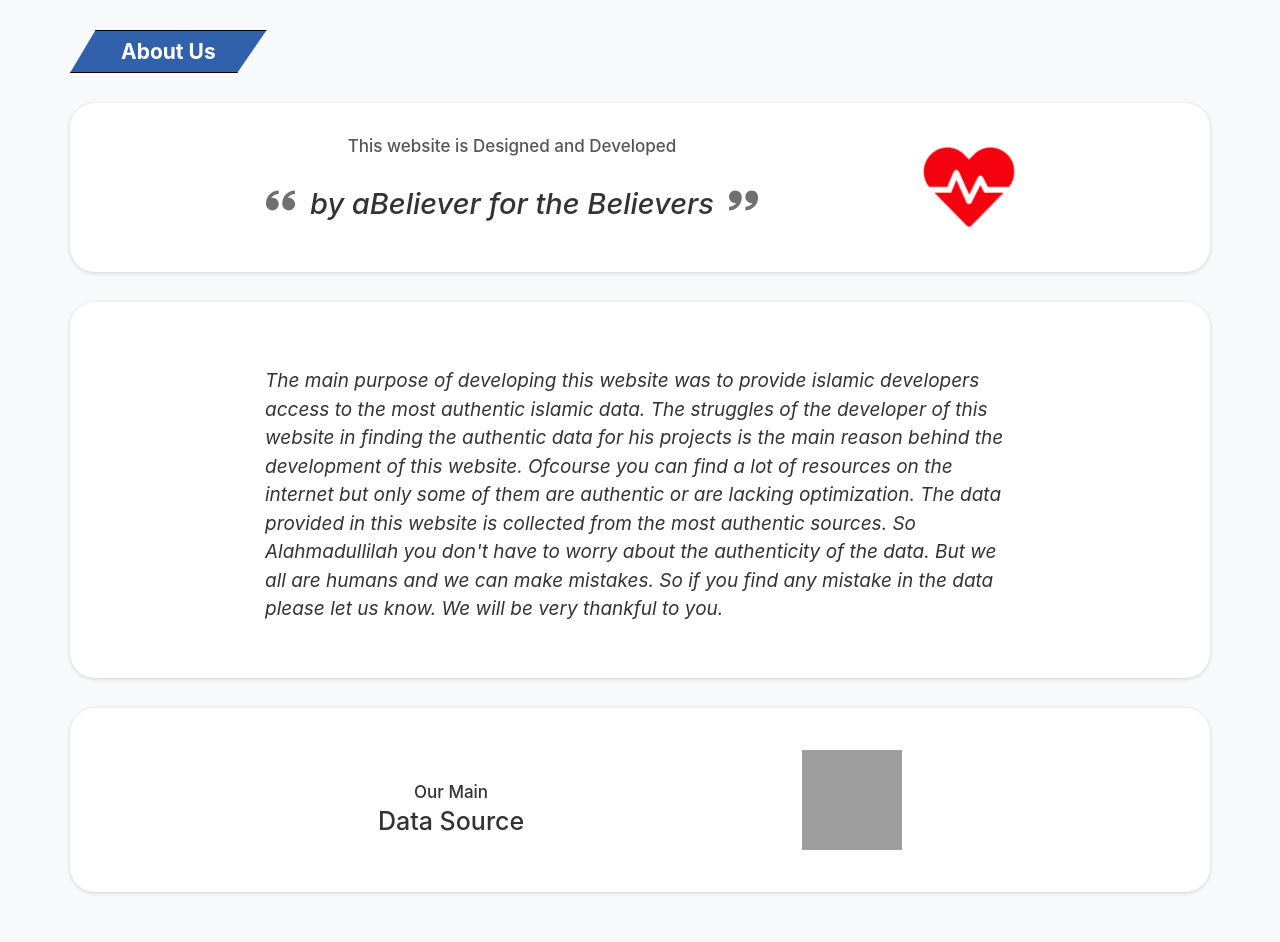
Repository: SpicierEwe/islamic-dev-repo
Page: /legal/about_us
An editor plug-in stored every save of this project. The page is shown before and after the next save, followed by the edit.
The browser window is 1280 px wide. The pictures show the whole page.
Pictures or frames that could not be fetched are drawn as grey boxes. The project was rebuilt for these pictures with package versions that can differ from the ones it lists, and the page was loaded fresh each time. The framework's server and built-in components were replaced by stand-ins that run in the browser. Also part of the build but not shown: next.config.js.

Above is the page before, as saved 2022-09-16 18:07:37.

After the next save:
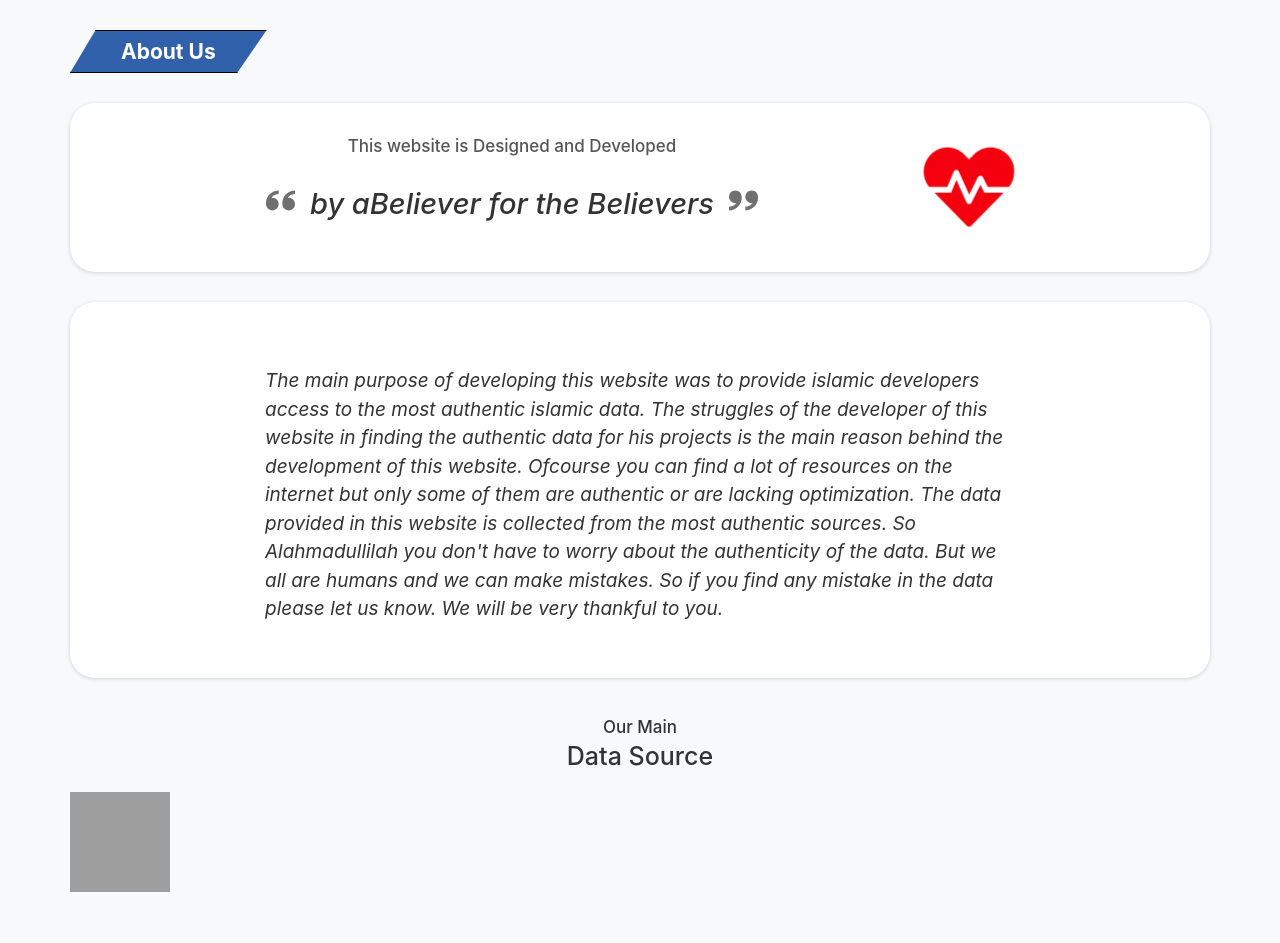
Saved 33 s later.
--- a/components/legal/about_us/about_us.js
+++ b/components/legal/about_us/about_us.js
@@ -38,7 +38,7 @@ export default function AboutUs(props) {
         </p>
       </div>
 
-      <div className={styles.container_development}>
+      <div className={styles.container_data_source}>
         <p className={styles.source_title}>
           <span className={styles.head_half}> Our Main</span>
           <br></br> Data Source
